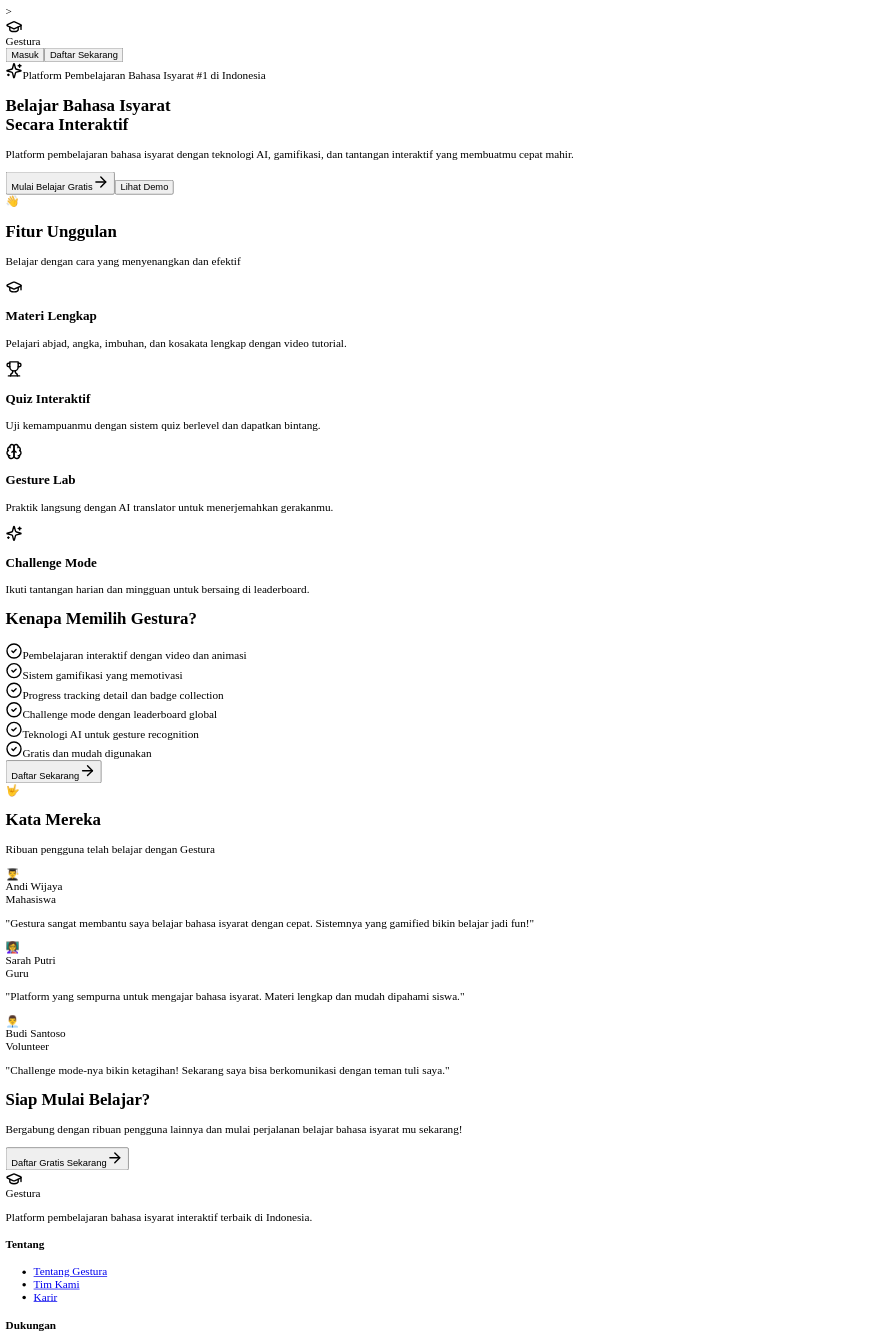
Repository: Tisna7/GESTURA
Page: resources/views/welcome.blade.php
An editor plug-in stored every save of this project. The page is shown before and after a run of saves, followed by the edit.
The browser window is 1280 px wide. The pictures show the part of the page from y = 0 to 1920 px (the page is 2123 px tall before and 3823 px after), at 70% of full size.
The page is served by the project's Laravel application, run on PHP 8.4 with Laravel 12. Style sheets and scripts are compiled from the project's sources, by tool versions that may differ from the author's. The template is opened directly, without the code that normally fills it, so the values that code supplies are empty.

Above is the page before, as saved 2025-11-21 22:40:02.

After the next 3 saves:
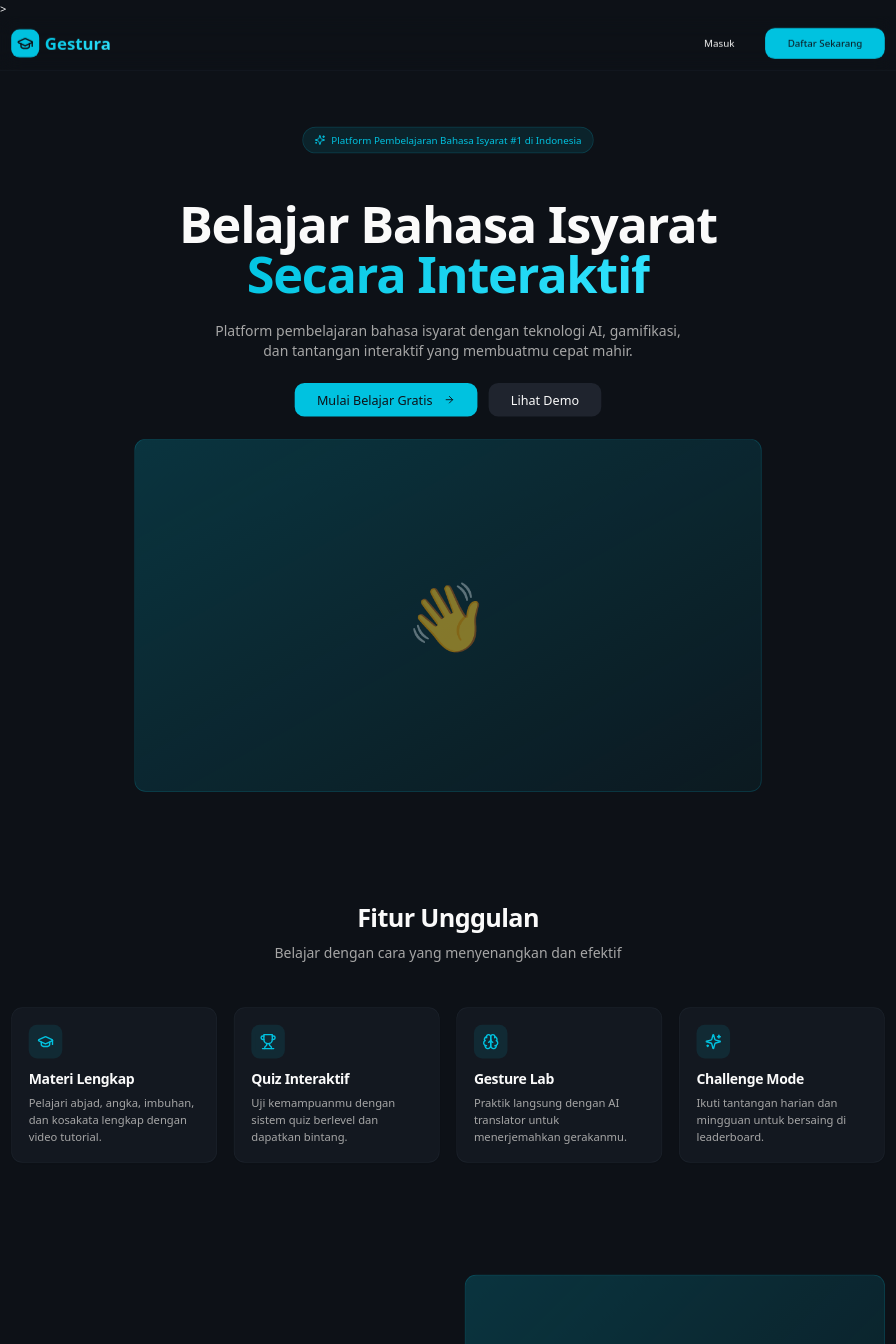
The 3 saves are shown as one change because they came seconds apart.
The last was saved 9 s later.
--- a/resources/views/welcome.blade.php
+++ b/resources/views/welcome.blade.php
@@ -1,4 +1,4 @@
-
+@extends('app')
   >
     <div class="min-h-screen bg-background">
     <nav class="border-b border-border/50 backdrop-blur-lg sticky top-0 z-50">
